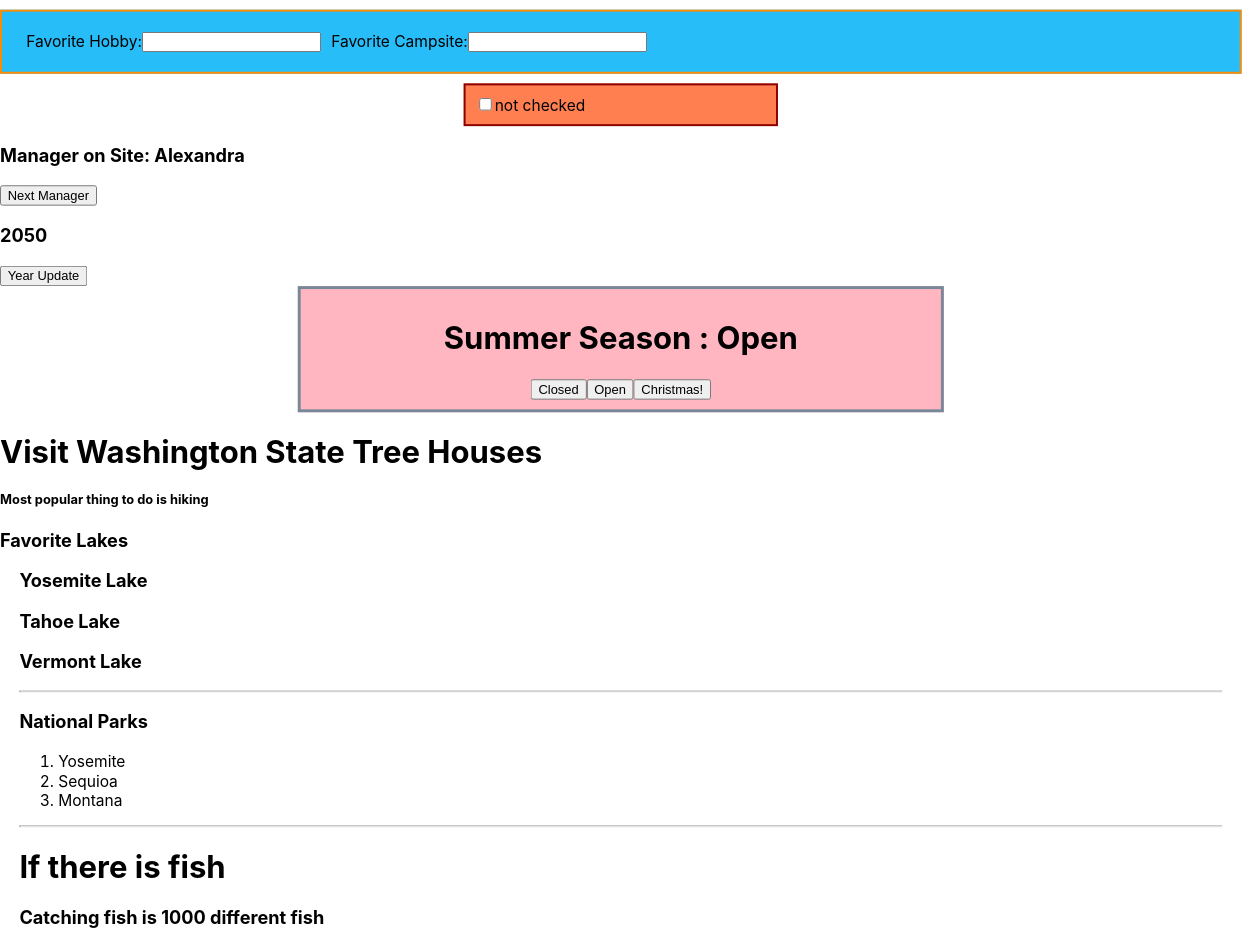
Repository: CaptainStorm21/intro-react-hooks
Page: /
An editor plug-in stored every save of this project. The page is shown before and after the next save, followed by the edit.
The browser window is 1280 px wide. The pictures show the whole page, at 97% of full size.
The project was rebuilt for these pictures with package versions that can differ from the ones it lists, and the page was loaded fresh each time. Also part of the build but not shown: src/App.css.

Above is the page before, as saved 2020-05-27 22:00:22.

### src/index.js
import React from "react";
import ReactDOM from "react-dom";
import "./index.css";
import Fragment from "./Fragment"
import UseEffect from "./UseEffect";

const nationalParkList = ["Yosemite", "Sequioa", "Montana"];
const campingList = [
  {
    id: 0,
    name: "Mulberry Camp",
    location: " South Montana",
  },
  {
    id: 1,
    name: "Volga Camp",
    location: "Oregon",
  },
  {
    id: 2,
    name: "Captain Camp",
    location: "East Montana",
  },
  {
    id: 3,
    name: "Blue Dunes Camp",
    location: "South Montana",
  },
];

function Lake({ name }) {
  return <h3>{name}</h3>;
}

function Fishing({ abundant }) {
  return (
    < div >
      <h3> Catching fish is {abundant}</h3>
    </div >
  )
}

function Icehole ({ icefishing }) {
  return (
    < div >
      <h3> Winter Fish is {icefishing}</h3>
    </div >
  )
}

function MontanaFall() {
  return (
    <div>
      <h3>Come see Montana!</h3>
      <hr></hr>
      <div className="campstyle">
        {campingList.map((camp) => (
          <div key={camp.id}>
            <h4>{camp.name}</h4>
            <p>Location:{camp.location}</p>
          </div>
        ))}
      </div>
    </div>
  );
}

function SkiResort({thingstodo}) {
  return (
    <div>
      <h1>Visit Washington State Tree Houses</h1>
      <h5>Most popular thing to do is {thingstodo}</h5>
    </div>
  );
}
function App(props) {

  if (props.season === "fall") {
    return <MontanaFall />;
  } else if (props.season === "summer"){
    return (
      <div>
        <UseEffect />
        <Fragment />

        <SkiResort  thingstodo="hiking"/>
        <h3>Favorite Lakes</h3>
        <div className="lakestyle">
          <Lake name="Yosemite Lake" />
          <Lake name="Tahoe Lake" />
          <Lake name="Vermont Lake" />
          <hr></hr>
          <h3>National Parks</h3>
          <ol>
            {props.parks.map((park) => (
              <li>{park}</li>
            ))}
          </ol>
          <hr></hr>
          <h1>If there is fish</h1>
          <div>
            {props.season === "summer" ? (
              <Fishing abundant="1000 different fish" />
            ) : props.season === "winter" ? (
              <Icehole icefishing="A lot of pikes" />
            ) : (<h1>Wanna stay home?</h1>)}
            </div>
        </div>
      </div>
    );
  }
}

// function Hello({ library, message, books }) {
//   return (
//     <div>
//       <h1>Hello {library}</h1>
//       <h4>books avail to rent {books}</h4>
//       <h5>Hours: {message}</h5>
//     </div>
//   )
// }

// function Hello(props) {
//   console.log(props);
//   console.log(Object.keys(props));
//   return (
//     <div>
//       <h1>Hello from {props.library}</h1>
//       <h3>{props.message}</h3>
//       <h4> books available to rent - {props.books}</h4>
//       <h5>Props used - {Object.keys(props).length}</h5>
//     </div>
//   )
// }

// function Hello() {
//   return (
//     <div>
//       <p> rendering is happening </p>
//       <h1>Hello world!</h1>
//     </div>
//   )
// }
ReactDOM.render(
  //  React.createElement("h1", null, "Hello"),
  // React.createElement("h1", { style: { color: "red" } }, "Hello"),
  // React.createElement("div", { style: { color: "blue" } },
  // React.createElement("h1", null, "Morning")  ),
  // <ul>
  //   <li>Pizza</li>
  //   <li>Sushi</li>
  // </ul>,
  // /* <Hello></Hello>, */
  // <Hello library="Washington Library" message="Open for all " books={10}/>,
  <App parks={nationalParkList} season="summer" />,
  document.getElementById("root")
);

### src/index.css
body {
  margin: 0;
  font-family: -apple-system, BlinkMacSystemFont, 'Segoe UI', 'Roboto', 'Oxygen',
    'Ubuntu', 'Cantarell', 'Fira Sans', 'Droid Sans', 'Helvetica Neue',
    sans-serif;
  -webkit-font-smoothing: antialiased;
  -moz-osx-font-smoothing: grayscale;
}

code {
  font-family: source-code-pro, Menlo, Monaco, Consolas, 'Courier New',
    monospace;
}

.lakestyle, .campstyle {
  padding-left: 20px;
  padding-right: 20px;
}

.div-style{
  padding: 10px;
  border: 3px solid lightslategray;
  width: 50%;
  margin: 0 auto;
  background-color: lightpink;
  text-align: center;
}

label{
  padding-left: 5px;
  padding-right: 5px;
}
.blue-div{
  background-color: rgb(39, 189, 248);
  margin: 0 auto;
  padding: 20px;
  border: 2px solid darkorange;
  margin-top: 10px;
  margin-bottom: 10px;

}

.checkbox-div{
  background-color: coral;
  padding: 10px;
  width: 300px;
  border: 2px solid darkred;
  margin: 0 auto;
}

### src/Fragment.js
import React, { useState } from "react";
import "./App.css";
import Checkbox from './Checkbox'

// const [first, second, third, fouth] = ["Mary", "Katy", "Ludwig", "Stephen"];

// function Kids() {
//   return <h1>Children at play!</h1>;
// }

// function Kayak() {
//   return (
//     <div>
//       <h2> Kayaking going on </h2>
//     </div>
//   );
// }

function Fragment() {
    const [year, setYear] = useState(2050)
    const [manager, setManager] = useState('Alexandra')
    const [status, setStatus] = useState("Open");
  return (
      <>
          <div className = "checkbox-div">
              <Checkbox/>
          </div>
      <div>
        <h3>Manager on Site: {manager}</h3>
        <button onClick={() => setManager("Mary Anne")}>Next Manager</button>
      </div>
      <div>
        <h3>{year}</h3>
        <button onClick={() => setYear(year+1)}>Year Update</button>
      </div>
      <div className="div-style">
        <h1>Summer Season : {status}</h1>
        <button onClick={() => setStatus("Closed")}>Closed</button>
        <button onClick={() => setStatus("Open")}>Open</button>
        <button onClick={() => setStatus("Gone to Santa's!")}>
          Christmas!
        </button>
      </div>
    </>
  );
}



// function Fragment() {
//   return (
//     <>
//       <div className="div-style">
//         <Kayak />
//         <Kids />
//       </div>
//     </>
//   );
// }

export default Fragment;

### src/UseEffect.js
import React from 'react'

export default function UseEffect() {
    return (
      <div className="blue-div">
        <label>
          Favorite Hobby:
          <input />
        </label>
        <label>
          Favorite Campsite:
          <input />
        </label>
      </div>
    );
}

### src/Checkbox.js
import React, { useState, useEffect } from "react";

export default function Checkbox() {
    const [checked, setChecked] = useState(false);
    useEffect(() => {
        alert(` checked: ${checked.toString()}`);
    });
    return (
    <>
            <input type="checkbox"
                value={checked}
                onChange={ () => setChecked (checked => !checked )  } />
            {checked ? "checked" : "not checked"}
    </>
  )
}

Loaded but not shown: public/index.html (common file)

After the next save:
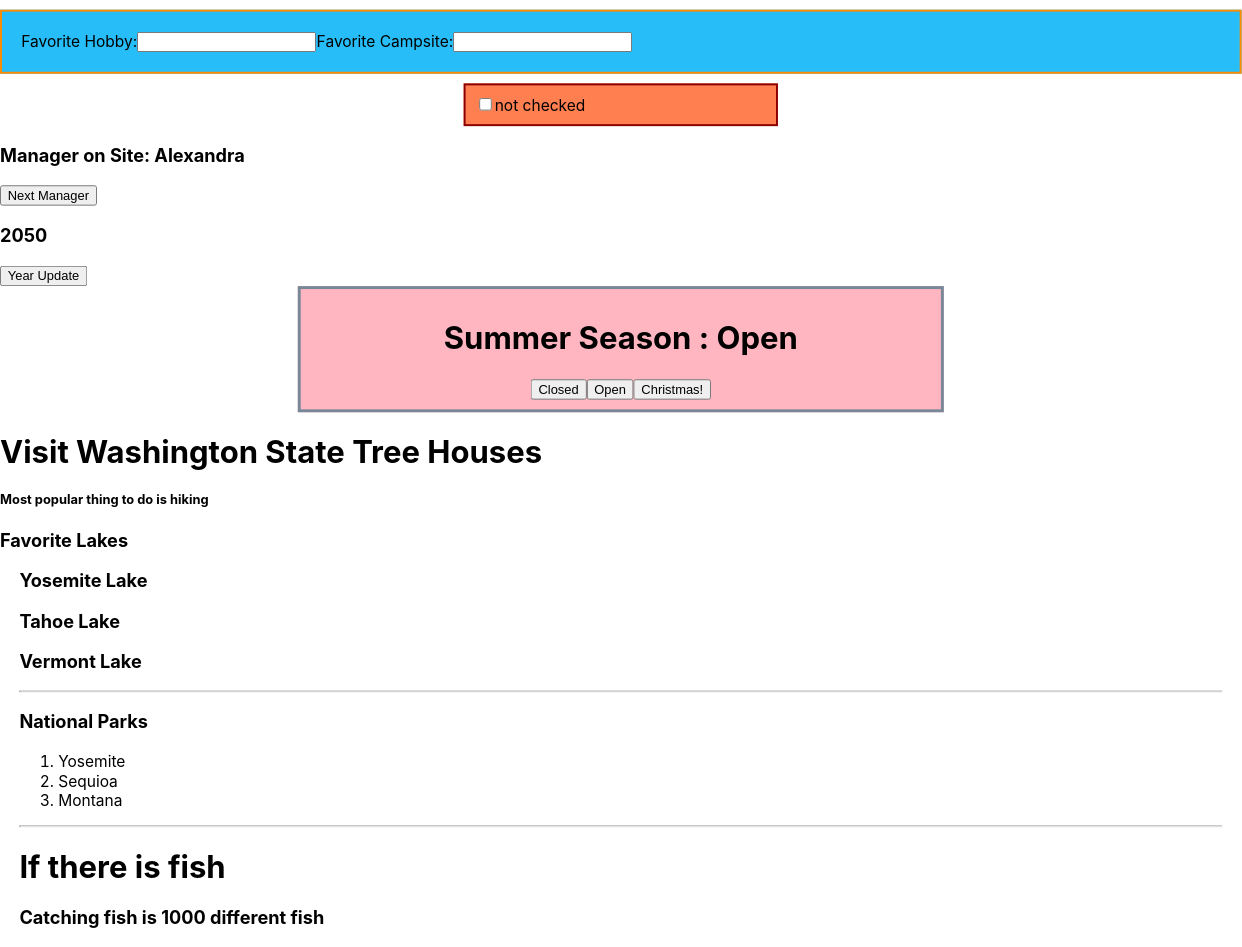
Saved 14 s later.
--- a/src/index.css
+++ b/src/index.css
@@ -26,10 +26,7 @@ code {
   text-align: center;
 }
 
-label{
-  padding-left: 5px;
-  padding-right: 5px;
-}
+
 .blue-div{
   background-color: rgb(39, 189, 248);
   margin: 0 auto;
